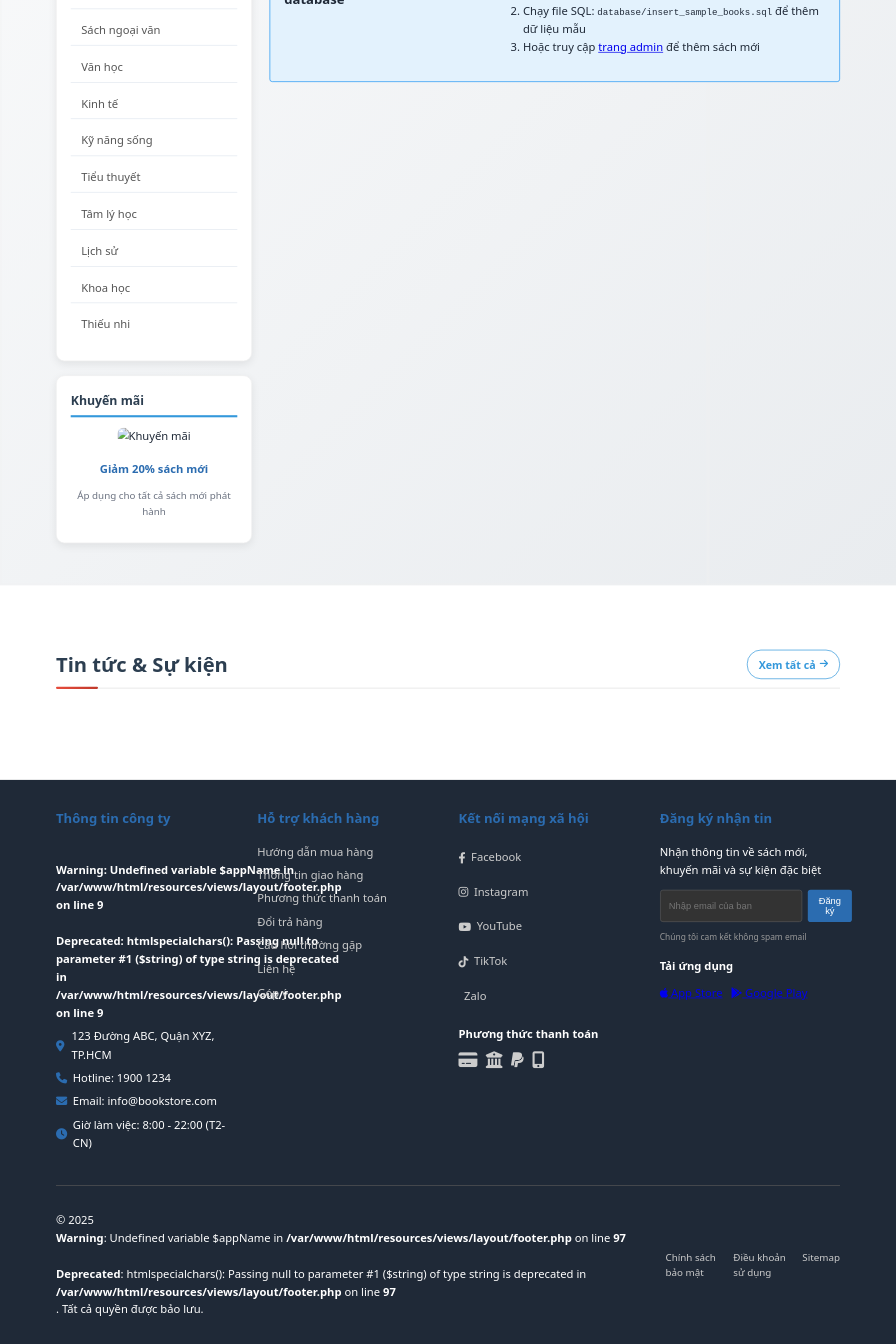
Repository: VoDTrongNghia/bai_tap_php
Page: http://localhost/bookstore/public/home
An editor plug-in stored every save of this project. The page is shown before and after the next save, followed by the edit.
The browser window is 1280 px wide. The pictures show the part of the page from y = 883 to 2803 px (the page is 2803 px tall before and 2675 px after), at 70% of full size.
The page is run by PHP 8.4 with error messages shown; the project is at /var/www/html/. Queries for data that is not in the repository find no rows.

Above is the page before, as saved 2025-12-01 00:48:12.
Console error: SyntaxError: Identifier 'BannerSlider' has already been declared

### bookstore/public/index.php
<?php

declare(strict_types=1);

// Bật báo lỗi để debug
error_reporting(E_ALL);
ini_set('display_errors', '1');
ini_set('log_errors', '1');
ini_set('error_log', __DIR__ . '/../logs/error.log');

// Định nghĩa hằng số cho thư mục gốc
define('ROOT_DIR', dirname(__DIR__));

// Load config
require_once ROOT_DIR . '/config.php';

// Load autoloader
require_once ROOT_DIR . '/app/bootstrap.php';

use App\Controllers\HomeController;
use App\Router;

// Xử lý request
$request = $_SERVER['REQUEST_URI'];
$basePath = '/bookstore/public';

// Create router instance
$router = new Router();

// Route chính
if ($request === $basePath . '/' || $request === $basePath . '/home') {
    $controller = new HomeController();
    $controller->index();
    exit;
}

// Định nghĩa các routes
$router->get('/books', ['App\Controllers\BooksController', 'index']);
$router->get('/books/{id}', ['App\Controllers\BooksController', 'show']); // Ví dụ route có tham số

$router->get('/login', ['App\Controllers\AuthController', 'login']);
$router->post('/login', ['App\Controllers\AuthController', 'login']);
$router->get('/register', ['App\Controllers\AuthController', 'register']);
$router->post('/register', ['App\Controllers\AuthController', 'register']);
$router->get('/logout', ['App\Controllers\AuthController', 'logout']); // ✅ đã sửa

$router->get('/cart', ['App\Controllers\CartController', 'index']);
$router->post('/cart/add', ['App\Controllers\CartController', 'add']);
$router->post('/cart/update', ['App\Controllers\CartController', 'update']);
$router->post('/cart/delete', ['App\Controllers\CartController', 'delete']);
$router->get('/cart/delete', ['App\Controllers\CartController', 'delete']);
$router->get('/cart/count', ['App\Controllers\CartController', 'count']);
$router->post('/cart/voucher/apply', ['App\Controllers\CartController', 'applyVoucher']);
$router->post('/cart/voucher/remove', ['App\Controllers\CartController', 'removeVoucher']);

// Checkout routes
$router->get('/checkout', ['App\Controllers\CheckoutController', 'index']);
$router->post('/checkout/process', ['App\Controllers\CheckoutController', 'process']);
$router->get('/checkout/success', ['App\Controllers\CheckoutController', 'success']);

// Search routes
$router->get('/search', ['App\Controllers\SearchController', 'index']);

// Account routes
$router->get('/account', ['App\Controllers\AccountController', 'index']);
$router->post('/account/profile', ['App\Controllers\AccountController', 'updateProfile']);
$router->post('/account/address', ['App\Controllers\AccountController', 'updateAddress']);
$router->post('/account/password', ['App\Controllers\AccountController', 'changePassword']);

// Order routes
$router->get('/orders', ['App\Controllers\OrderController', 'history']);
$router->get('/orders/detail', ['App\Controllers\OrderController', 'detail']);

// =============================================
// ADMIN ROUTES
// =============================================

// Admin dashboard
$router->get('/admin', ['App\Controllers\AdminController', 'index']);
$router->get('/admin/dashboard', ['App\Controllers\AdminController', 'index']);

// Book management
$router->get('/admin/books', ['App\Controllers\AdminController', 'index']);
$router->get('/admin/books/create', ['App\Controllers\AdminController', 'create']);
$router->post('/admin/books/save', ['App\Controllers\AdminController', 'saveBook']);
$router->get('/admin/books/edit/(\d+)', ['App\Controllers\AdminController', 'edit']);
$router->post('/admin/books/update', ['App\Controllers\AdminController', 'update']);
$router->post('/admin/books/delete/(\d+)', ['App\Controllers\AdminController', 'delete']);

// Category management
$router->get('/admin/categories', ['App\Controllers\AdminController', 'categories']);
$router->get('/admin/categories/add', ['App\Controllers\AdminController', 'categoryForm']);
$router->post('/admin/categories/save', ['App\Controllers\AdminController', 'saveCategory']);
$router->get('/admin/categories/edit/(\d+)', ['App\Controllers\AdminController', 'categoryForm']);
$router->post('/admin/categories/delete/(\d+)', ['App\Controllers\AdminController', 'deleteCategory']);

// Voucher management
$router->get('/admin/vouchers', ['App\Controllers\AdminController', 'vouchers']);
$router->get('/admin/vouchers/add', ['App\Controllers\AdminController', 'voucherForm']);
$router->get('/admin/vouchers/edit/(\d+)', ['App\Controllers\AdminController', 'voucherForm']);
$router->post('/admin/vouchers/save', ['App\Controllers\AdminController', 'saveVoucher']);
$router->post('/admin/vouchers/delete/(\d+)', ['App\Controllers\AdminController', 'deleteVoucher']);
$router->get('/admin/vouchers/get/(\d+)', ['App\Controllers\AdminController', 'getVoucher']);

// Order management
$router->get('/admin/orders', ['App\Controllers\AdminController', 'orders']);
$router->get('/admin/orders/(\d+)', ['App\Controllers\AdminController', 'orderDetail']);
$router->post('/admin/orders/update/(\d+)', ['App\Controllers\AdminController', 'updateOrderStatus']);
$router->post('/admin/orders/cancel/(\d+)', ['App\Controllers\AdminController', 'cancelOrder']);
$router->post('/admin/orders/delete/(\d+)', ['App\Controllers\AdminController', 'deleteOrder']);
$router->post('/admin/orders/bulk-delete', ['App\Controllers\AdminController', 'bulkDeleteOrders']);

// User management
$router->get('/admin/users', ['App\Controllers\AdminController', 'users']);
$router->get('/admin/users/add', ['App\Controllers\AdminController', 'userForm']);
$router->post('/admin/users/save', ['App\Controllers\AdminController', 'saveUser']);
$router->get('/admin/users/edit/(\d+)', ['App\Controllers\AdminController', 'userForm']);
$router->post('/admin/users/delete/(\d+)', ['App\Controllers\AdminController', 'deleteUser']);

// Dispatch router - try to handle the request
try {
    $router->dispatch($_SERVER['REQUEST_METHOD'], $_SERVER['REQUEST_URI']);
} catch (Exception $e) {
    // If no route matches, redirect to home
    header('Location: ' . $basePath . '/home');
    exit;
}

### bookstore/app/bootstrap.php
<?php

declare(strict_types=1);

// Ensure ROOT_DIR is available when bootstrap is loaded directly from CLI scripts
if (!defined('ROOT_DIR')) {
    define('ROOT_DIR', dirname(__DIR__));
}

// Load global config if it exists (defines BASE_PATH, DB_* constants, etc.)
$configPath = ROOT_DIR . DIRECTORY_SEPARATOR . 'config.php';
if (is_readable($configPath)) {
    require_once $configPath;
}

// Set default timezone to avoid PHP warnings when working with dates
if (!ini_get('date.timezone')) {
    date_default_timezone_set('Asia/Ho_Chi_Minh');
}

// Start the session once for the entire request lifecycle
if (session_status() !== PHP_SESSION_ACTIVE) {
    session_start();
}

// Simple PSR-4 style autoloader for the `App` namespace
spl_autoload_register(static function (string $class): void {
    $prefix = 'App\\';

    if (strncmp($class, $prefix, strlen($prefix)) !== 0) {
        return; // Not part of our namespace
    }

    $relativeClass = substr($class, strlen($prefix));
    $relativePath = str_replace('\\', DIRECTORY_SEPARATOR, $relativeClass);
    $file = ROOT_DIR . DIRECTORY_SEPARATOR . 'app' . DIRECTORY_SEPARATOR . $relativePath . '.php';

    if (is_readable($file)) {
        require_once $file;
    }
});

### bookstore/app/Controllers/HomeController.php
<?php
declare(strict_types=1);

namespace App\Controllers;

use App\Helpers\View;
use App\Repositories\BookRepository;
// use App\Repositories\NewsRepository; // Nếu sau này bạn có NewsRepository

class HomeController
{
    private BookRepository $bookRepository;
    // private NewsRepository $newsRepository;

    public function __construct()
    {
        $this->bookRepository = new BookRepository();
        // $this->newsRepository = new NewsRepository();
    }

    public function index(): void
    {
        // Lấy dữ liệu từ repository
        $bestSellingBooks = $this->bookRepository->getBestSellingBooks();
        $newBooks = $this->bookRepository->getNewBooks();
        $discountBooks = $this->bookRepository->getDiscountBooks();
        // $news = $this->newsRepository->getLatestNews();

        // Gọi View hiển thị trang chủ
        View::render('pages/home', [
            'title' => 'Trang chủ',
            'bestSellingBooks' => $bestSellingBooks,
            'newBooks' => $newBooks,
            'discountBooks' => $discountBooks,
            // 'news' => $news,
        ]);
    }
}

### bookstore/app/Helpers/View.php
<?php
declare(strict_types=1);

namespace App\Helpers;

class View
{
    public static function render(string $template, array $data = [])
    {
        // Extract data to variables
        $data['baseUrl'] = BASE_URL;
        extract($data);

        // Start output buffering
        ob_start();

        // Build the full path to the view file
        $viewFile = VIEWS_PATH . str_replace('.', '/', $template) . '.php';

        if (!file_exists($viewFile)) {
            throw new \RuntimeException("View not found: " . $viewFile);
        }

        // Include the view file
        include $viewFile;

        // Get the buffered content
        $content = ob_get_clean();

        // Make baseUrl available to layout
        $baseUrl = BASE_URL;

        // Include the layout
        $layoutFile = VIEWS_PATH . 'layout/main.php';
        if (file_exists($layoutFile)) {
            include $layoutFile;
        } else {
            // If no layout, just output the content
            echo $content;
        }
    }

    // Helper function to include partials
    public static function partial(string $name, array $data = [])
    {
        extract($data);
        $file = VIEWS_PATH . 'partials/' . $name . '.php';
        if (file_exists($file)) {
            include $file;
        }
    }
}

### bookstore/resources/views/layout/main.php
<?php /** @var string $title */ ?>
<!doctype html>
<html lang="vi">
<head>
    <meta charset="utf-8">
    <meta name="viewport" content="width=device-width, initial-scale=1">
    <base href="<?= rtrim($baseUrl, '/') ?>/">
    <title><?= htmlspecialchars(($title ?? APP_NAME) . ' - ' . APP_NAME) ?></title>

    <!-- CSS -->
    <link rel="stylesheet" href="<?= $baseUrl ?>css/styles.css">
    <link rel="stylesheet" href="https://cdnjs.cloudflare.com/ajax/libs/font-awesome/6.0.0/css/all.min.css">
    <script src="<?= $baseUrl ?>js/banner-slider.js" defer></script>
</head>
<body>
    <?php include 'header.php'; ?>

    <main>
        <?= $content ?? '' ?>
    </main>

    <?php include 'footer.php'; ?>

    <!-- JavaScript -->
    <script src="https://code.jquery.com/jquery-3.6.0.min.js"></script>
    <script src="https://cdn.jsdelivr.net/npm/bootstrap@5.3.0/dist/js/bootstrap.bundle.min.js"></script>
</body>
</html>

### bookstore/resources/views/layout/footer.php
</main>
<footer class="site-footer">
    <div class="container">
        <div class="footer-content">
            <!-- Column 1: Company Information -->
            <div class="footer-column">
                <h3>Thông tin công ty</h3>
                <div class="company-info">
                    <p><strong><?= htmlspecialchars($appName) ?></strong></p>
                    <p><i class="fas fa-map-marker-alt"></i> 123 Đường ABC, Quận XYZ, TP.HCM</p>
                    <p><i class="fas fa-phone"></i> Hotline: 1900 1234</p>
                    <p><i class="fas fa-envelope"></i> Email: info@bookstore.com</p>
                    <p><i class="fas fa-clock"></i> Giờ làm việc: 8:00 - 22:00 (T2-CN)</p>
                </div>
            </div>

            <!-- Column 2: Customer Support -->
            <div class="footer-column">
                <h3>Hỗ trợ khách hàng</h3>
                <ul class="footer-links">
                    <li><a href="<?= $baseUrl ?>books">Hướng dẫn mua hàng</a></li>
                    <li><a href="<?= $baseUrl ?>books">Thông tin giao hàng</a></li>
                    <li><a href="<?= $baseUrl ?>books">Phương thức thanh toán</a></li>
                    <li><a href="<?= $baseUrl ?>books">Đổi trả hàng</a></li>
                    <li><a href="<?= $baseUrl ?>books">Câu hỏi thường gặp</a></li>
                    <li><a href="<?= $baseUrl ?>books">Liên hệ</a></li>
                    <li><a href="<?= $baseUrl ?>books">Góp ý</a></li>
                </ul>
            </div>

            <!-- Column 3: Social Media -->
            <div class="footer-column">
                <h3>Kết nối mạng xã hội</h3>
                <div class="social-links">
                    <a href="#" class="social-link facebook">
                        <i class="fab fa-facebook-f"></i>
                        <span>Facebook</span>
                    </a>
                    <a href="#" class="social-link instagram">
                        <i class="fab fa-instagram"></i>
                        <span>Instagram</span>
                    </a>
                    <a href="#" class="social-link youtube">
                        <i class="fab fa-youtube"></i>
                        <span>YouTube</span>
                    </a>
                    <a href="#" class="social-link tiktok">
                        <i class="fab fa-tiktok"></i>
                        <span>TikTok</span>
                    </a>
                    <a href="#" class="social-link zalo">
                        <i class="fab fa-zalo"></i>
                        <span>Zalo</span>
                    </a>
                </div>

                <div class="payment-methods">
                    <h4>Phương thức thanh toán</h4>
                    <div class="payment-icons">
                        <i class="fas fa-credit-card"></i>
                        <i class="fas fa-university"></i>
                        <i class="fab fa-paypal"></i>
                        <i class="fas fa-mobile-alt"></i>
                    </div>
                </div>
            </div>

            <!-- Column 4: Newsletter Subscription -->
            <div class="footer-column">
                <h3>Đăng ký nhận tin</h3>
                <div class="newsletter">
                    <p>Nhận thông tin về sách mới, khuyến mãi và sự kiện đặc biệt</p>
                    <form class="newsletter-form" action="<?= $baseUrl ?>books" method="POST">
                        <input type="email" name="email" placeholder="Nhập email của bạn" required>
                        <button type="submit">Đăng ký</button>
                    </form>
                    <p class="newsletter-note">Chúng tôi cam kết không spam email</p>
                </div>

                <div class="app-download">
                    <h4>Tải ứng dụng</h4>
                    <div class="download-links">
                        <a href="#" class="app-link">
                            <i class="fab fa-apple"></i> App Store
                        </a>
                        <a href="#" class="app-link">
                            <i class="fab fa-google-play"></i> Google Play
                        </a>
                    </div>
                </div>
            </div>
        </div>

        <div class="footer-bottom">
            <div class="footer-bottom-content">
                <div class="copyright">
                    <p>&copy; <?= date('Y') ?> <?= htmlspecialchars($appName) ?>. Tất cả quyền được bảo lưu.</p>
                </div>
                <div class="footer-bottom-links">
                    <a href="<?= $baseUrl ?>books">Chính sách bảo mật</a>
                    <a href="<?= $baseUrl ?>books">Điều khoản sử dụng</a>
                    <a href="<?= $baseUrl ?>books">Sitemap</a>
                </div>
            </div>
        </div>
    </div>
</footer>

<!-- Toast Notification Script -->
<script>
// Toast Notification System
(function() {
    const toastContainer = document.getElementById('toast-container');

    function showToast(message, type = 'success', duration = 3000) {
        const toast = document.createElement('div');
        toast.className = `toast toast-${type}`;
        toast.innerHTML = `
            <div class="toast-icon">
                <i class="fas ${type === 'success' ? 'fa-check-circle' : type === 'error' ? 'fa-exclamation-circle' : 'fa-info-circle'}"></i>
            </div>
            <div class="toast-message">${message}</div>
            <button class="toast-close" onclick="this.parentElement.remove()">
                <i class="fas fa-times"></i>
            </button>
        `;

        toastContainer.appendChild(toast);

        // Tạm tắt animations để kiểm tra giật
        toast.classList.add('show');

        // Auto remove after duration - đơn giản hóa
        setTimeout(() => {
            toast.remove();
        }, duration);
    }

    // Check for session flash messages
    <?php if (isset($_SESSION['cart_message'])): ?>
        showToast('<?= addslashes($_SESSION['cart_message']) ?>', 'success', 3000);
        <?php unset($_SESSION['cart_message']); ?>
    <?php endif; ?>

    // Expose globally for use in other scripts
    window.showToast = showToast;

    // Update cart count function with debounce
    let updateCartTimeout;
    function updateCartCount() {
        // Clear previous timeout
        if (updateCartTimeout) {
            clearTimeout(updateCartTimeout);
        }

        // Debounce - wait 1000ms before calling (tăng từ 300ms)
        updateCartTimeout = setTimeout(() => {
            fetch('<?= $baseUrl ?>cart/count')
                .then(response => response.json())
                .then(data => {
                    const cartCount = document.getElementById('cart-count');
                    if (cartCount) {
                        cartCount.textContent = data.count || 0;
                    }
                })
                .catch(err => console.error('Error updating cart count:', err));
        }, 1000); // Đổi từ 300ms thành 1000ms
    }

    // Update cart count on page load - TẮT TRONG TRANG CART
    // Chỉ update ở các trang khác, không phải trang cart
    if (!window.location.pathname.includes('cart')) {
        updateCartCount();
    }

    // Expose globally
    window.updateCartCount = updateCartCount;
})();

// User Dropdown Toggle Function
function toggleUserDropdown() {
    const dropdown = document.querySelector('.user-dropdown');
    if (dropdown) {
        dropdown.classList.toggle('active');
    }
}

// Close dropdown when clicking outside
document.addEventListener('click', function(event) {
    const dropdown = document.querySelector('.user-dropdown');
    const toggle = document.querySelector('.user-dropdown-toggle');

    if (dropdown && toggle && !dropdown.contains(event.target)) {
        dropdown.classList.remove('active');
    }

    // Close navigation dropdowns when clicking outside
    const navDropdowns = document.querySelectorAll('.nav-menu .dropdown');
    navDropdowns.forEach(dropdown => {
        if (!dropdown.contains(event.target)) {
            dropdown.classList.remove('active');
        }
    });
});

// Handle navigation dropdown on mobile (click to toggle)
function setupMobileDropdowns() {
    const navDropdowns = document.querySelectorAll('.dropdown');

    navDropdowns.forEach(dropdown => {
        const link = dropdown.querySelector('a');

        // Xóa event listener cũ trước khi thêm mới
        if (link && link.hasAttribute('data-click-added')) {
            return; // Đã được thêm rồi
        }

        // On mobile, use click instead of hover
        if (window.innerWidth <= 768) {
            if (link) {
                link.addEventListener('click', function(e) {
                    e.preventDefault();
                    dropdown.classList.toggle('active');
                });
                link.setAttribute('data-click-added', 'true');
            }
        }
    });
}

// Chỉ đăng ký resize event một lần
let resizeTimeout;
window.addEventListener('resize', function() {
    // Debounce resize event
    if (resizeTimeout) {
        clearTimeout(resizeTimeout);
    }

    resizeTimeout = setTimeout(() => {
        setupMobileDropdowns();
    }, 250);
});

// Setup khi load trang
document.addEventListener('DOMContentLoaded', function() {
    setupMobileDropdowns();
});
</script>

<!-- Toast Notification Styles -->
<style>
.toast-container {
    position: fixed;
    top: 20px;
    right: 20px;
    z-index: 10000;
    display: flex;
    flex-direction: column;
    gap: 10px;
}

.toast {
    background: white;
    border-radius: 8px;
    box-shadow: 0 4px 12px rgba(0, 0, 0, 0.15);
    padding: 16px 20px;
    min-width: 300px;
    max-width: 400px;
    display: flex;
    align-items: center;
    gap: 12px;
    opacity: 0;
    transform: translateX(400px);
    transition: all 0.3s ease;
}

.toast.show {
    opacity: 1;
    transform: translateX(0);
}

.toast-icon {
    font-size: 24px;
    flex-shrink: 0;
}

.toast-success .toast-icon {
    color: #10b981;
}

.toast-error .toast-icon {
    color: #ef4444;
}

.toast-info .toast-icon {
    color: #3b82f6;
}

.toast-message {
    flex: 1;
    font-size: 14px;
    line-height: 1.5;
    color: #1f2937;
}

.toast-close {
    background: none;
    border: none;
    color: #6b7280;
    cursor: pointer;
    padding: 4px;
    display: flex;
    align-items: center;
    justify-content: center;
    transition: color 0.2s;
    flex-shrink: 0;
}

.toast-close:hover {
    color: #1f2937;
}

@media (max-width: 768px) {
    .toast-container {
        top: 10px;
        right: 10px;
        left: 10px;
    }

    .toast {
        min-width: auto;
        max-width: none;
        width: 100%;
    }
}
</style>

</body>
</html>

Loaded but not shown: bookstore/public/js/frontend-logger.js (378 lines, source omitted); bookstore/public/js/banner-slider.js (147 lines, source omitted); bookstore/public/css/styles.css (1407 lines, source omitted); bookstore/resources/views/pages/home.php (608 lines, source omitted); bookstore/public/css/home.css (785 lines, source omitted); bookstore/resources/views/layout/header.php (172 lines, source omitted); bookstore/app/Repositories/BookRepository.php (238 lines, source omitted); bookstore/app/Router.php (116 lines, source omitted); bookstore/config.php (105 lines, source omitted); bookstore/public/api/logs.php (71 lines, source omitted); bookstore/app/Database.php (75 lines, source omitted)

After the next save:
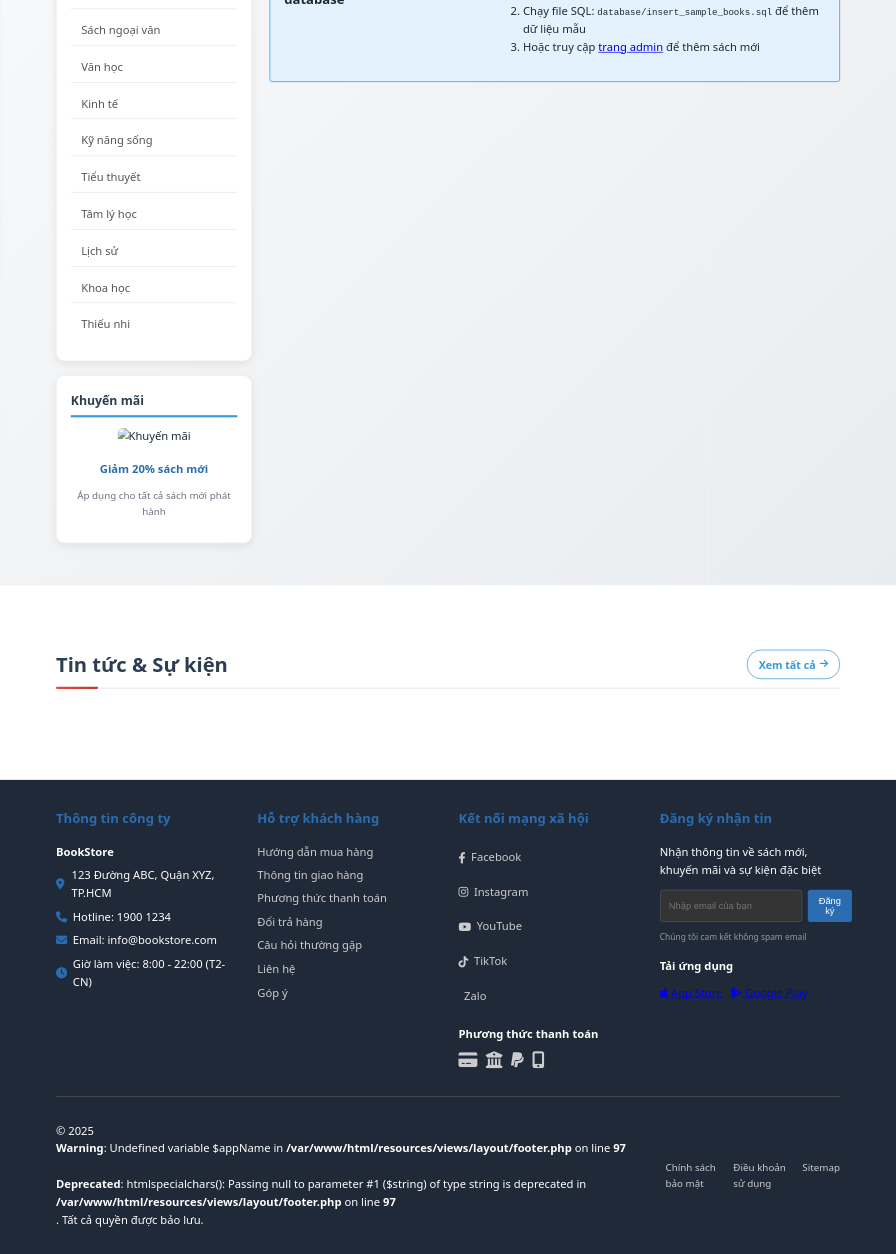
Saved 103 s later.
--- a/bookstore/resources/views/layout/footer.php
+++ b/bookstore/resources/views/layout/footer.php
@@ -6,7 +6,7 @@
             <div class="footer-column">
                 <h3>Thông tin công ty</h3>
                 <div class="company-info">
-                    <p><strong><?= htmlspecialchars($appName) ?></strong></p>
+                    <p><strong><?= htmlspecialchars($appName ?? APP_NAME ?? 'Bookstore') ?></strong></p>
                     <p><i class="fas fa-map-marker-alt"></i> 123 Đường ABC, Quận XYZ, TP.HCM</p>
                     <p><i class="fas fa-phone"></i> Hotline: 1900 1234</p>
                     <p><i class="fas fa-envelope"></i> Email: info@bookstore.com</p>
